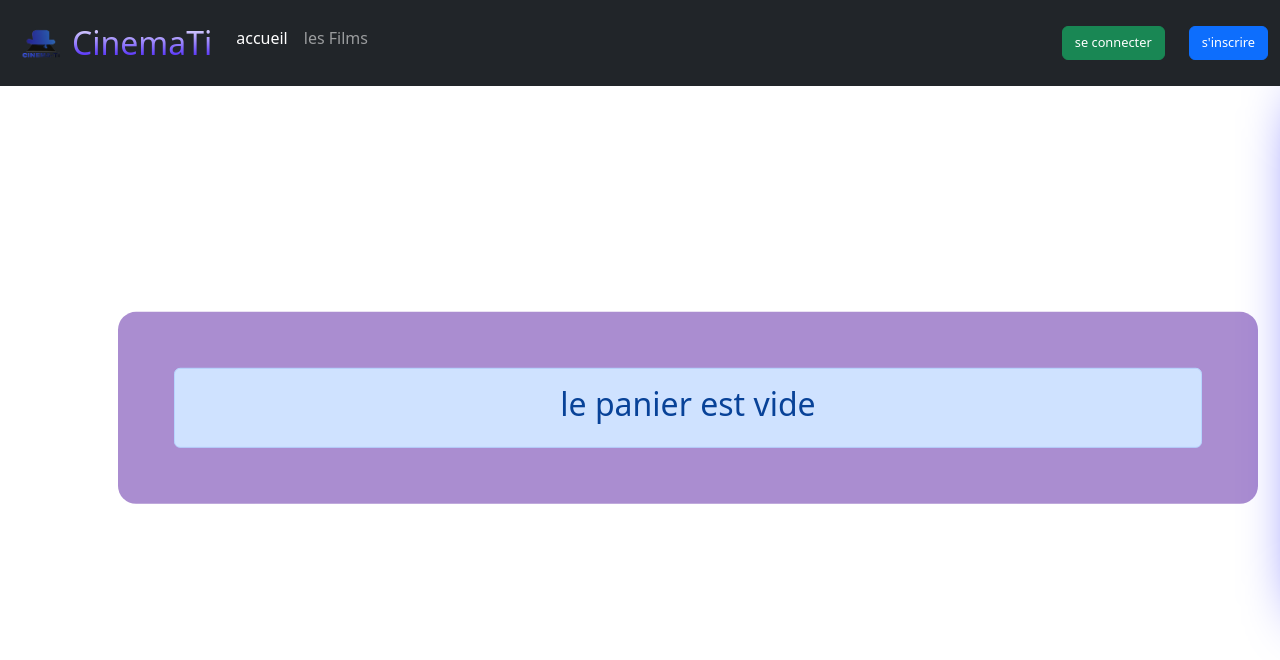
Repository: ahmed-rabah/cinemaMiniProject
Page: http://localhost/finaliserCommande.php
An editor plug-in stored every save of this project. The page is shown before and after the next save, followed by the edit.
The browser window is 1280 px wide. The pictures show the whole page.
The page is run by PHP 8.4 with error messages shown; the project is at /var/www/html/.

Above is the page before, as saved 2023-01-12 21:05:32.
Console error: TypeError: Cannot read properties of null (reading 'addEventListener')

After the next save:
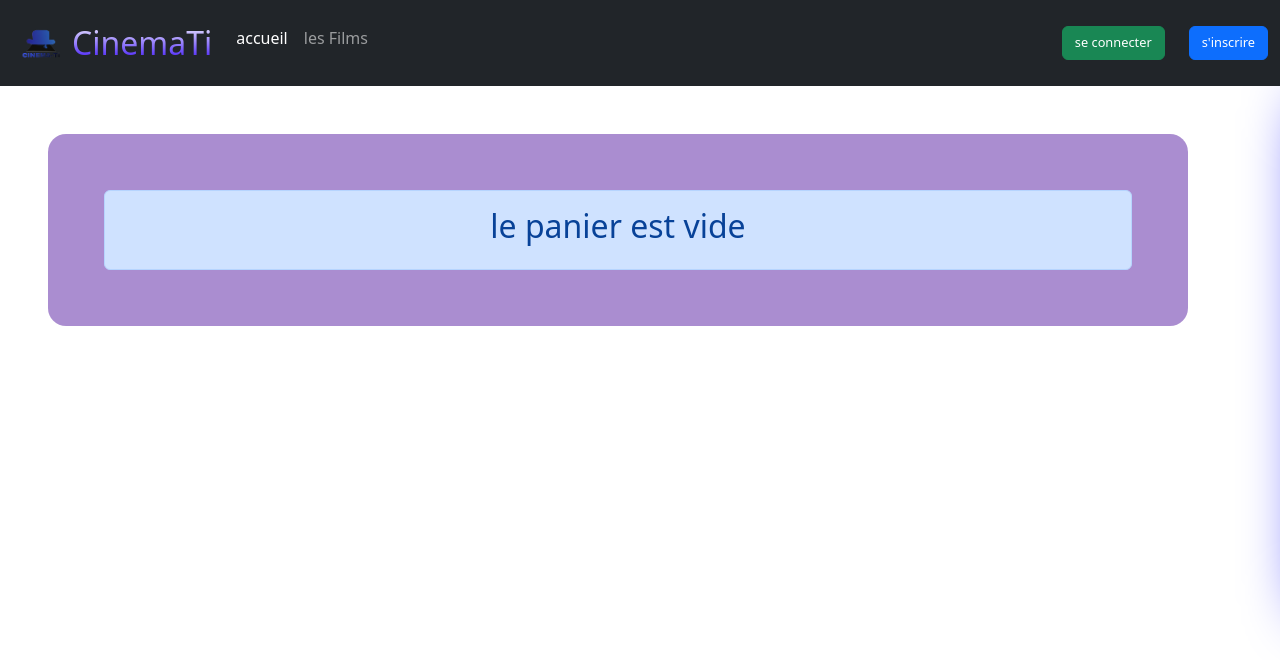
Saved 68 s later.
--- a/finaliserCommande.php
+++ b/finaliserCommande.php
@@ -18,7 +18,7 @@
 
         <?php include './header.php'; ?>
 
-    <main class="container centered" id="container">
+    <main class="container" id="container">
         <?php if(!$isEmptyCart){ ?>
         <section class="" id="cartContainer"></section>
         <div class="alert alert-primary m-2 text-center" role="alert">

After the save that followed:
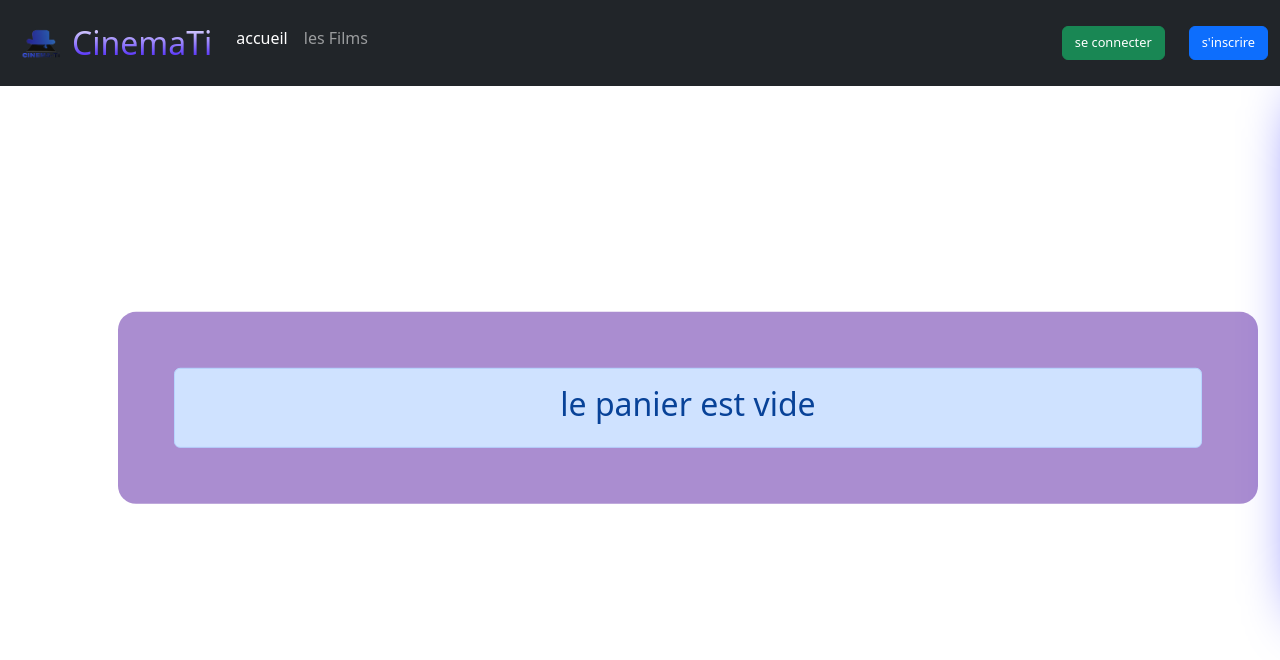
Saved 13 s later.
--- a/finaliserCommande.php
+++ b/finaliserCommande.php
@@ -18,7 +18,7 @@
 
         <?php include './header.php'; ?>
 
-    <main class="container" id="container">
+    <main class="container centered" id="container">
         <?php if(!$isEmptyCart){ ?>
         <section class="" id="cartContainer"></section>
         <div class="alert alert-primary m-2 text-center" role="alert">
